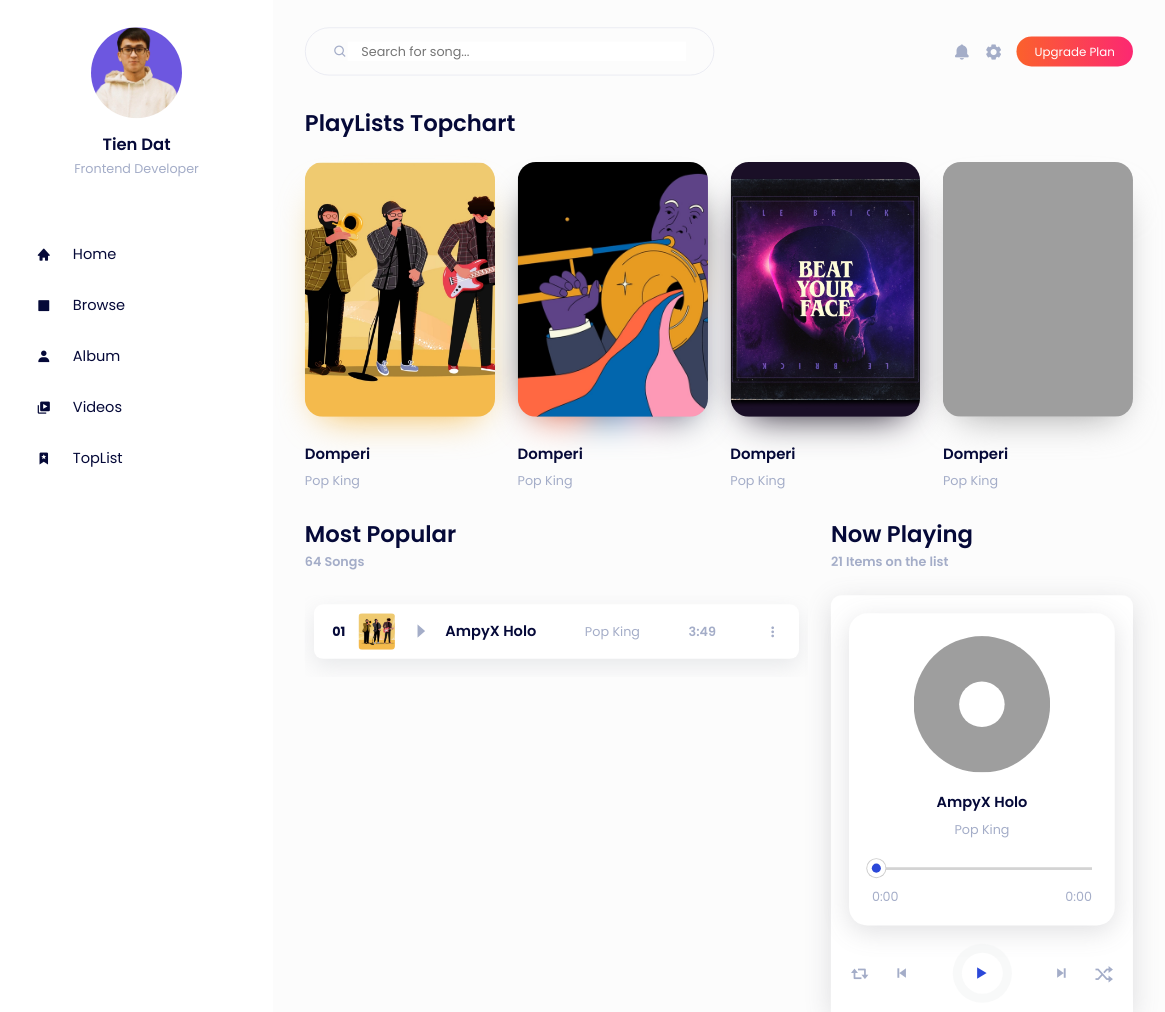
Repository: Datt21/music-webapp
Page: index.html
An editor plug-in stored every save of this project. The page is shown before and after the next save, followed by the edit.
The browser window is 1280 px wide. The pictures show the whole page, at 91% of full size.
Pictures or frames that could not be fetched are drawn as grey boxes. The style sheet was rebuilt from its Sass, Less or Tailwind sources for each picture, by a compiler version that may differ from the author's.

Above is the page before, as saved 2021-09-05 07:27:35.

After the next save:
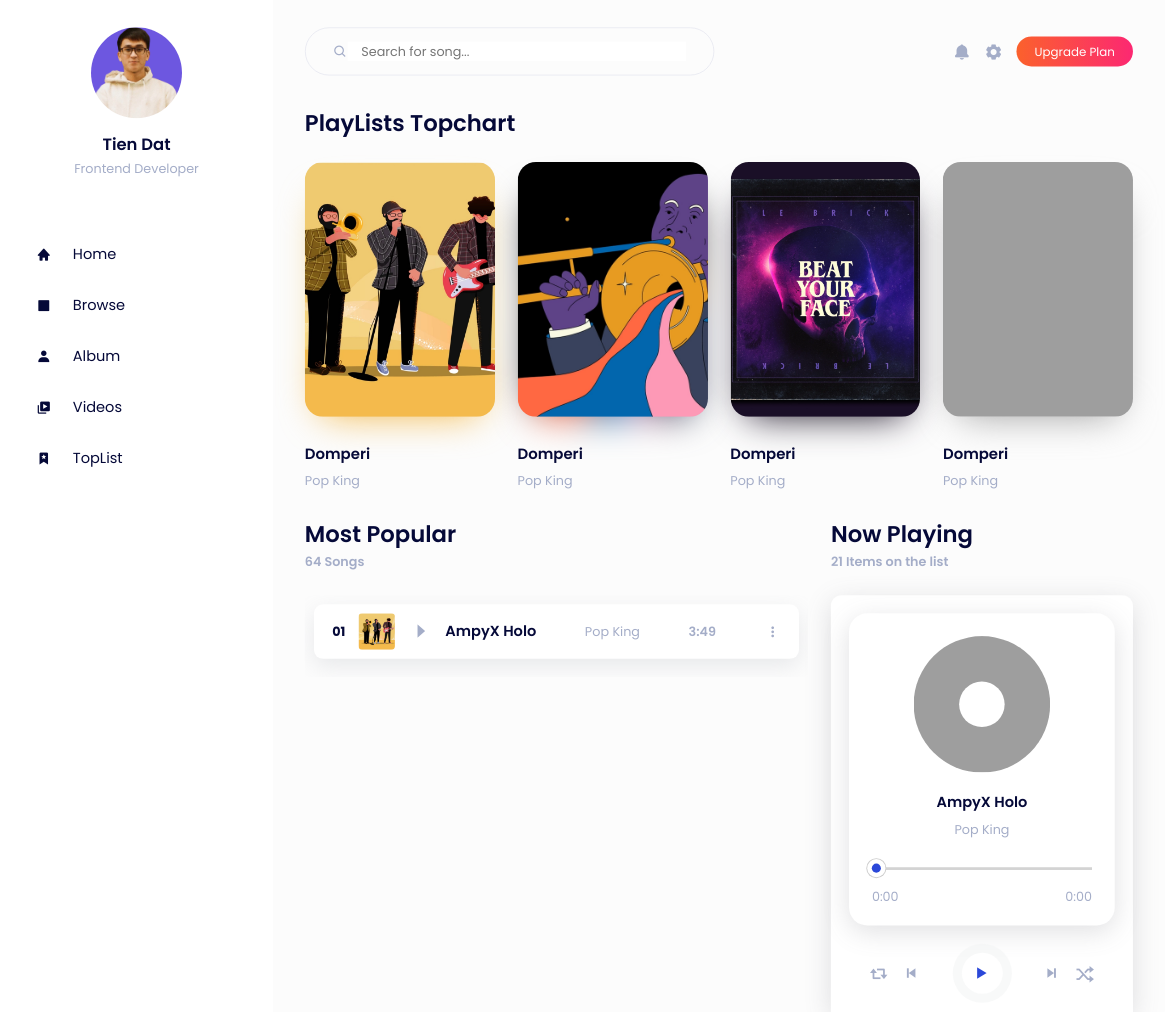
Saved 14 s later.
--- a/app.scss
+++ b/app.scss
@@ -345,7 +345,7 @@
         display: flex;
         justify-content: space-between;
         align-items: center;
-        // max-width: 275px;
+        max-width: 250px;
         margin: 0 auto;
     }
     &-play {
